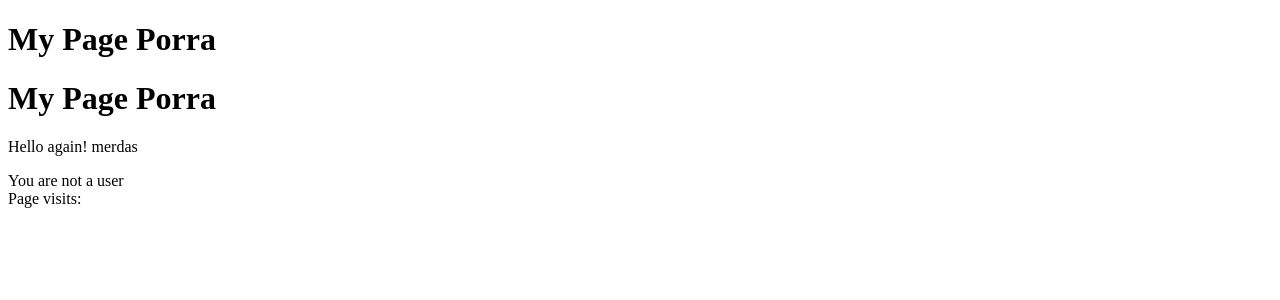
Repository: Arturgouveia1970/SaaS-art-sample
Page: http://localhost/
An editor plug-in stored every save of this project. The page is shown before and after a run of saves, followed by the edit.
The browser window is 1280 px wide. The pictures show the whole page.
The page is served by the project's application, run on Django 5.2 (src/manage.py). Queries for data that is not in the repository find no rows.

Above is the page before, as saved 2025-02-24 14:16:06.

After the next 5 saves:
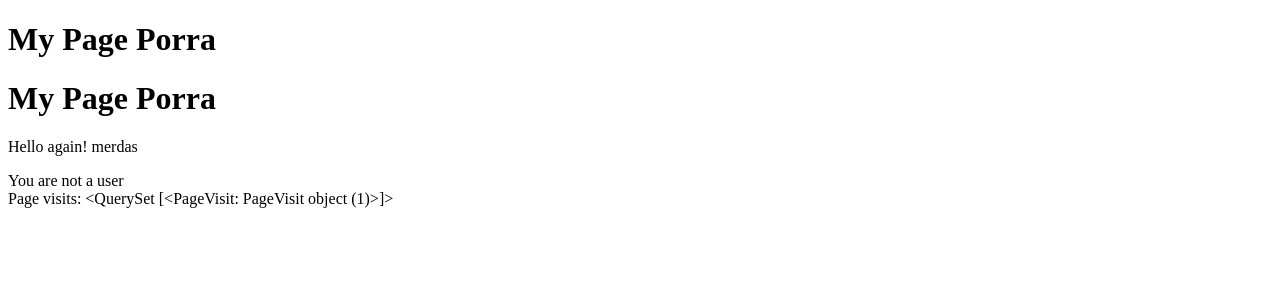
The 5 saves are shown as one change because they came seconds apart.
The last was saved 14 s later.
--- a/src/cfehome/views.py
+++ b/src/cfehome/views.py
@@ -10,7 +10,7 @@
     my_title = "My Page Porra"
     my_context = {
         "page_title": my_title,
-        "page": queryset
+        "page_visit_count": queryset
     }
     html_template = "home.html"
     PageVisit.objects.create()

After the 3 saves that followed:
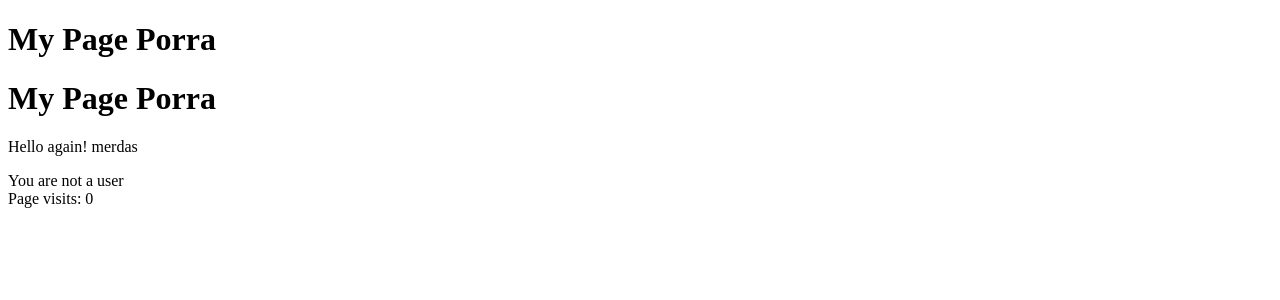
The 3 saves are shown as one change because 1 did not build or start and some came seconds apart.
The last was saved 16 s later.
--- a/src/cfehome/views.py
+++ b/src/cfehome/views.py
@@ -10,7 +10,7 @@
     my_title = "My Page Porra"
     my_context = {
         "page_title": my_title,
-        "page_visit_count": queryset
+        "page_visit_count": queryset.count()
     }
     html_template = "home.html"
     PageVisit.objects.create()
